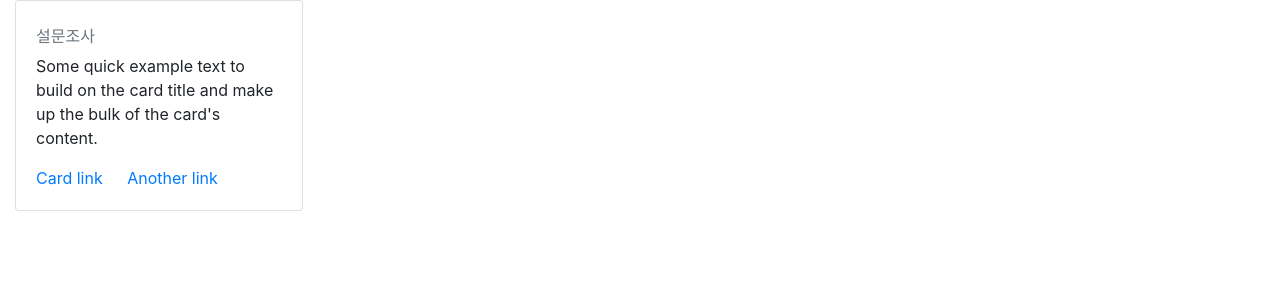
Repository: Pastelkun99/fs_1
Page: http://localhost/Fusion_1/WEB-INF/views/analysisList.jsp
An editor plug-in stored every save of this project. The page is shown before and after the next save, followed by the edit.
The browser window is 1280 px wide. The pictures show the whole page.
The page is served by Tomcat 9. Nobody is signed in. Other server files are loaded and not shown. The template is opened directly, without the code that normally fills it, so the values that code supplies are empty.

Above is the page before, as saved 2019-11-21 04:09:04.
Console error: TypeError: Cannot read properties of undefined (reading 'fn')

### Fusion_1/src/main/webapp/WEB-INF/views/analysisList.jsp
<%@ page language="java" contentType="text/html; charset=UTF-8"
	pageEncoding="UTF-8"%>
<%@ taglib uri="http://java.sun.com/jsp/jstl/core" prefix="c"%>
<%@ taglib uri="http://www.springframework.org/tags/form" prefix="form"%>
<%@ page session="true"%>
<meta charset="UTF-8">
<link rel="stylesheet"
	href="https://stackpath.bootstrapcdn.com/bootstrap/4.3.1/css/bootstrap.min.css"
	integrity="sha384-ggOyR0iXCbMQv3Xipma34MD+dH/1fQ784/j6cY/iJTQUOhcWr7x9JvoRxT2MZw1T"
	crossorigin="anonymous">
<script
	src="https://stackpath.bootstrapcdn.com/bootstrap/4.3.1/js/bootstrap.min.js"
	integrity="sha384-JjSmVgyd0p3pXB1rRibZUAYoIIy6OrQ6VrjIEaFf/nJGzIxFDsf4x0xIM+B07jRM"
	crossorigin="anonymous"></script>
<html>
<head>
<link rel="shortcut icon" href="data:[embedded picture, 19 characters]" type="image/x-icon">
<title>설문조사</title>
</head>
<body>
	<div class="col-2"></div>
	<div class="col-6">
		<div class="card" style="width:18rem;">
	  		<div class="card-body">
	  		  <h5 class="card-title"></h5>
	   		  <h6 class="card-subtitle mb-2 text-muted">설문조사</h6>
	    	  <p class="card-text">Some quick example text to build on the card title and make up the bulk of the card's content.</p>
	    	  <a href="#" class="card-link">Card link</a>
	    	  <a href="#" class="card-link">Another link</a>
	  	</div>
  	</div>
  	<div class="col-2"></div>
</div>

</body>
</html>

After the next save:
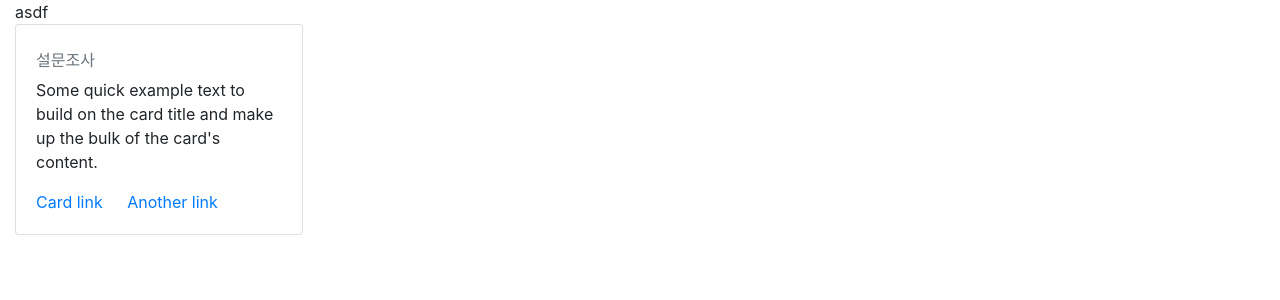
Saved 99 s later.
--- a/Fusion_1/src/main/webapp/WEB-INF/views/analysisList.jsp
+++ b/Fusion_1/src/main/webapp/WEB-INF/views/analysisList.jsp
@@ -18,7 +18,9 @@
 <title>설문조사</title>
 </head>
 <body>
-	<div class="col-2"></div>
+	<div class="col-2">
+	asdf
+	</div>
 	<div class="col-6">
 		<div class="card" style="width:18rem;">
 	  		<div class="card-body">
